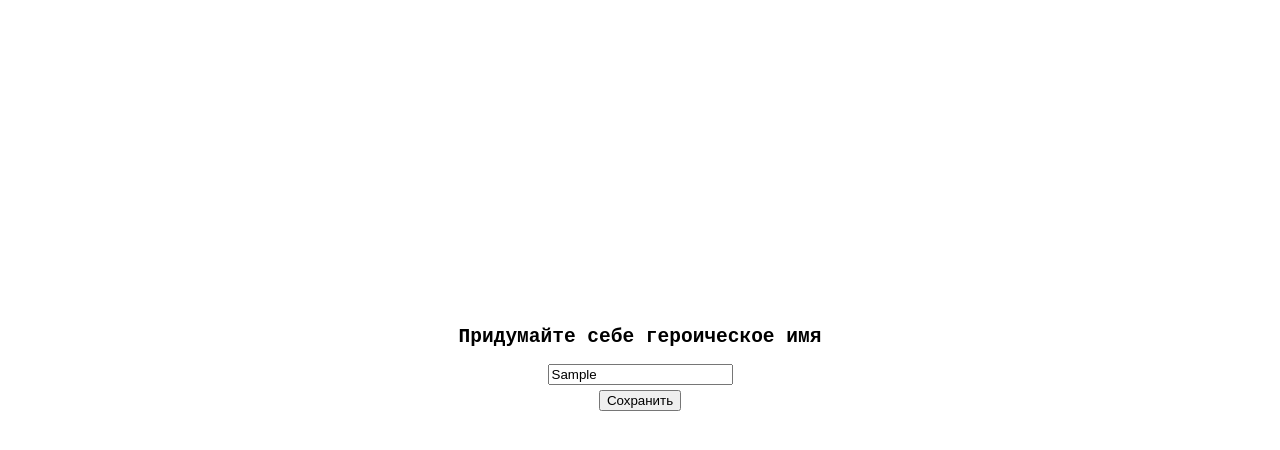
Repository: Cat-Of-Devil/tic-tac-toe-online
Page: index.html
These files come from the project's save history. The page is drawn as it stood at one moment and after the next save; the edit follows.
The browser window is 1280 px wide. The pictures show the whole page.
Empty fields were first filled with sample values (such as "Sample", 5 or name@example.com).
After loading, the first visible `button` was clicked once.

Above is the page before, as saved 2019-07-30 21:12:14.

After the next save:
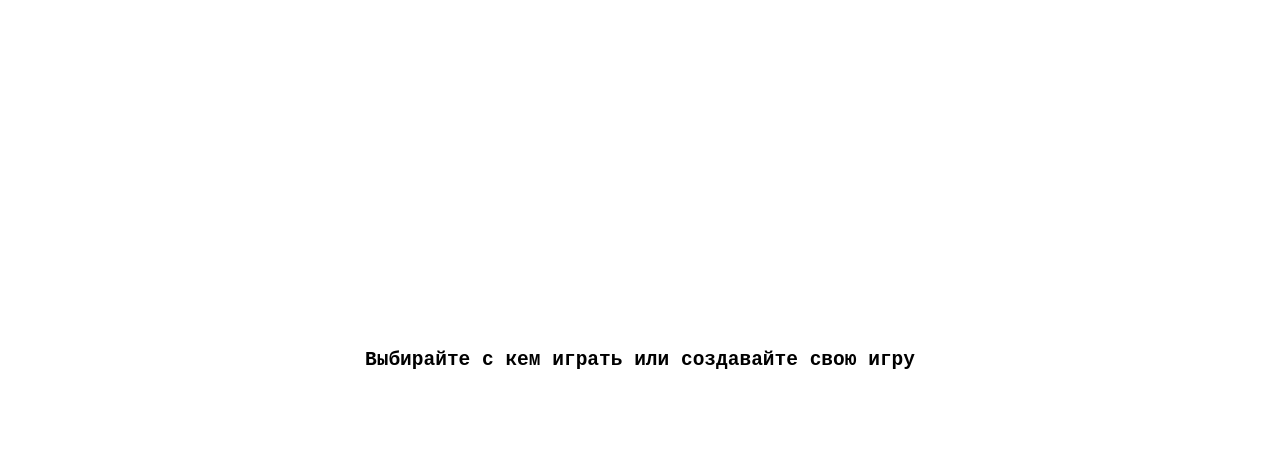
Saved 23 s later.
--- a/main.js
+++ b/main.js
@@ -45,7 +45,7 @@
   usernameSave.addEventListener('click', function(){
     let username = usernameInp.value;
 alert(username)
-    if (!username) {
+    if (username) {
       localStorage.setItem('username', username);
       location.hash = 'session-list';
     }
